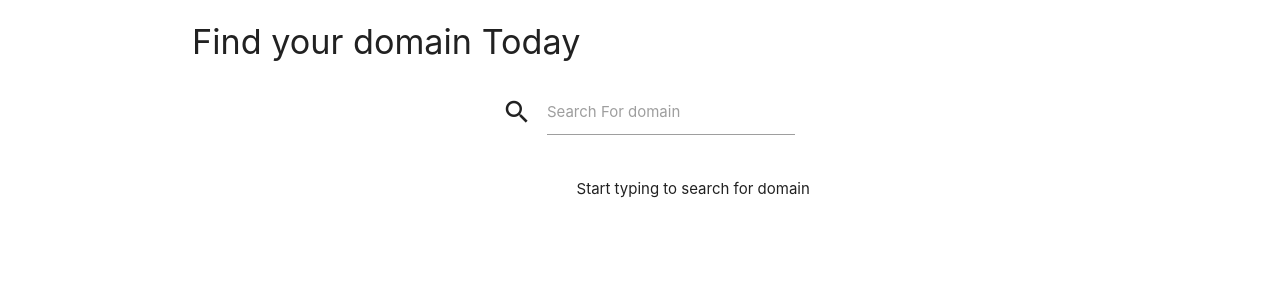
Repository: habib-urrehmaan/domain-name-searcher
Page: / (app in client/)
The author's editor kept a copy of each file at every save. The page is drawn from the files as they stood at one save, then again after the next save.
The browser window is 1280 px wide. The pictures show the whole page.
The project was rebuilt for these pictures with package versions that can differ from the ones it lists, and the page was loaded fresh each time.

Above is the page before, as saved 2020-04-17 18:12:46.

After the next save:
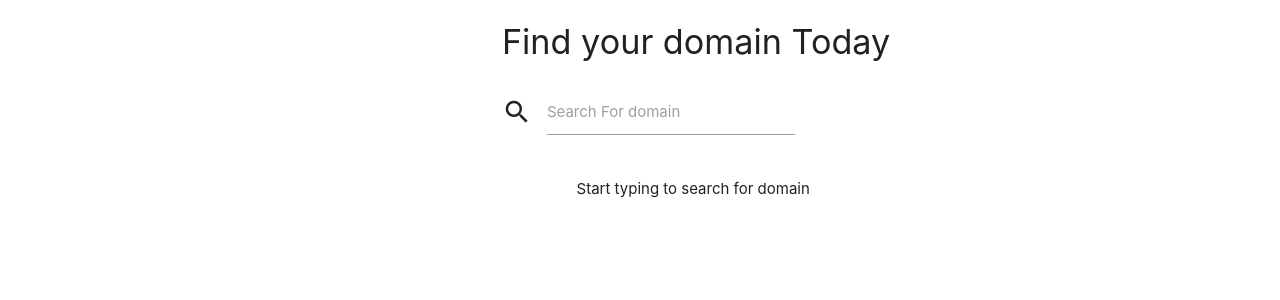
Saved 7 s later.
--- a/client/src/Search.js
+++ b/client/src/Search.js
@@ -28,7 +28,7 @@ class Search extends Component {
         return (
             <div>
                 <div className="row">
-                    <div className="offset-s4">
+                    <div className="col offset-s4">
                         <h4>Find your domain Today</h4>
                     </div>
                     <div className="input-field col offset-s4">
